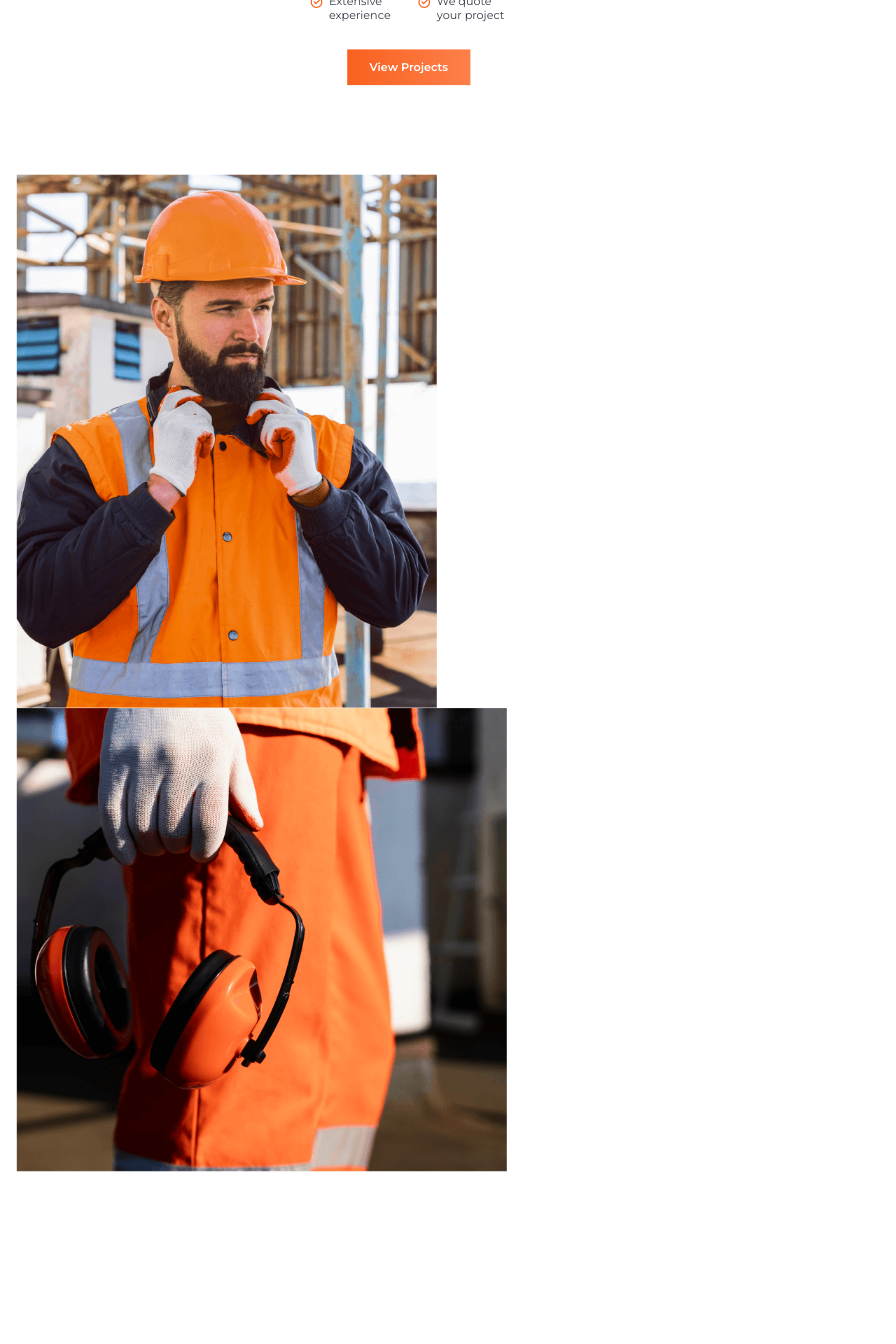
Repository: douglasabnovato/construction
Page: index.html
The author's editor kept a copy of each file at every save. The page is drawn from the files as they stood at one save, then again after the next save.
The browser window is 1280 px wide. The pictures show the part of the page from y = 2162 to 4082 px (the page is 4139 px tall), at 70% of full size.

Above is the page before, as saved 2025-05-01 12:21:32.

After the next save:
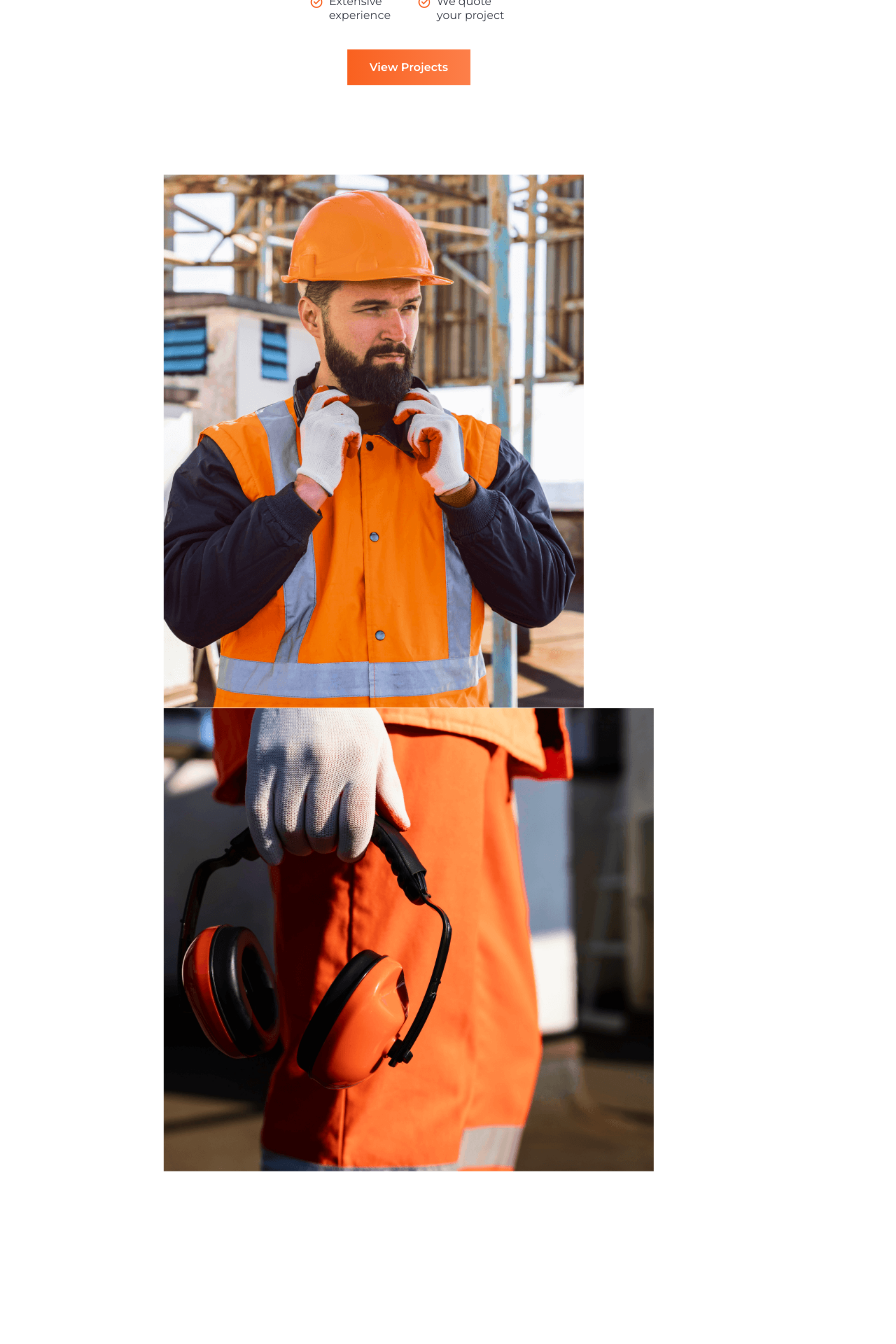
Saved 40 s later.
--- a/assets/css/styles.css
+++ b/assets/css/styles.css
@@ -385,6 +385,11 @@
   color: var(--first-color);
 }
 
+.about__images{
+  position: relative;
+  justify-self: center;
+}
+
 
 /*=============== SERVICES ===============*/
 
